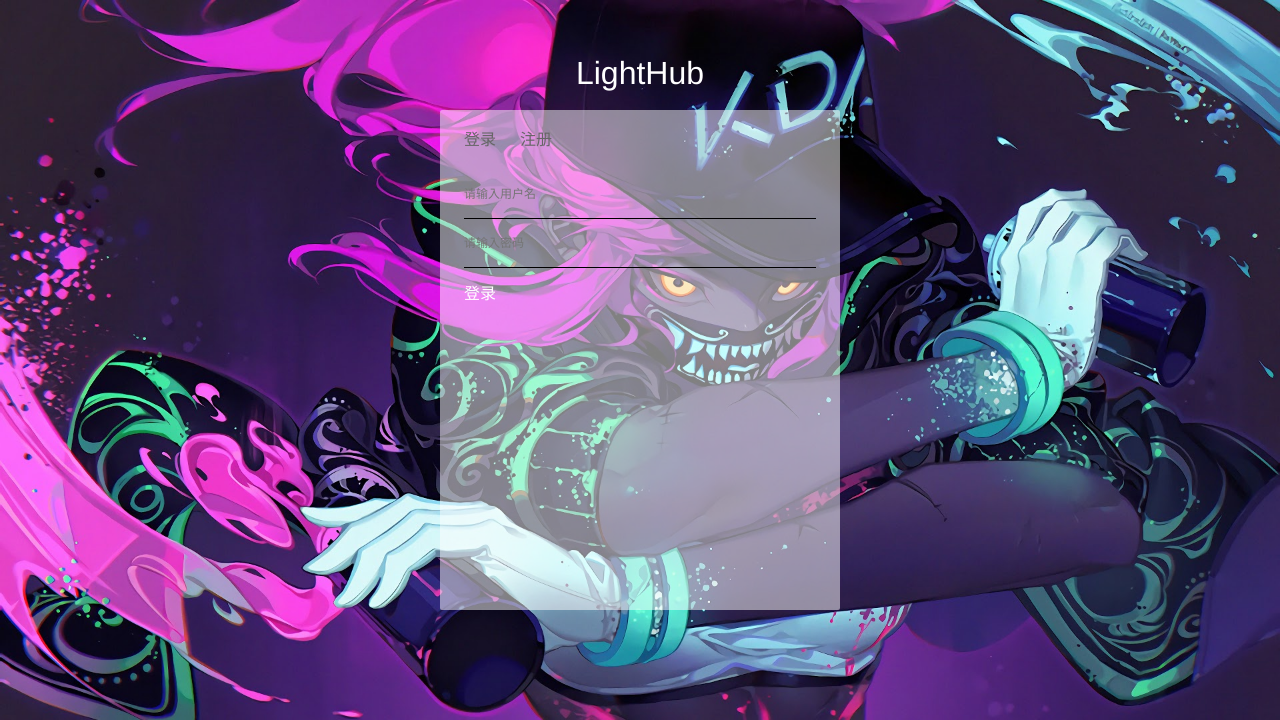
Repository: Martinell1/LightHub
Page: /login (app in LightHub/)
An editor plug-in stored every save of this project. The page is shown before and after the next save, followed by the edit.
The browser window is 1280 px wide. The pictures show the whole page.
The project was rebuilt for these pictures with package versions that can differ from the ones it lists, and the page was loaded fresh each time. Also part of the build but not shown: LightHub/vite.config.ts.

Above is the page before, as saved 2021-11-21 00:20:29.

After the next save:
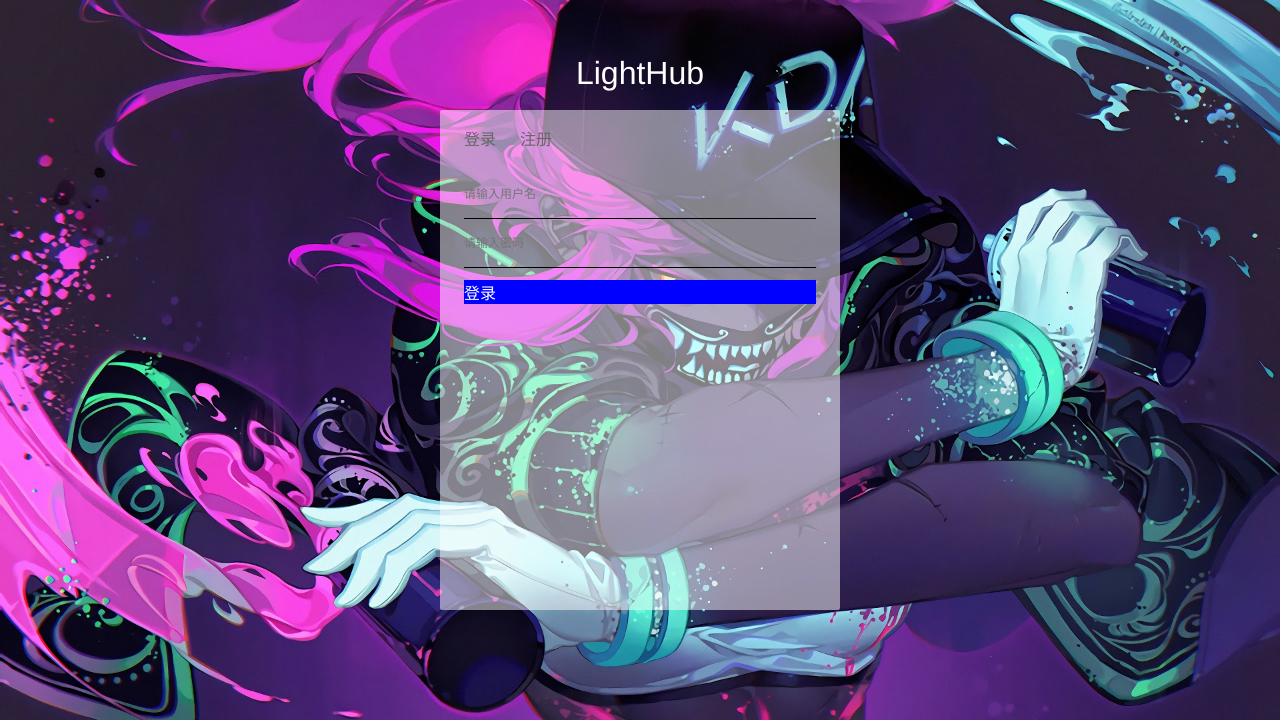
Saved 22 s later.
--- a/LightHub/src/views/Login.vue
+++ b/LightHub/src/views/Login.vue
@@ -75,7 +75,7 @@
       margin: 12px 0;
       height: 24px;
       color: white;
-      background-color: blue($color: #000000);
+      background-color: blue;
     }
   }
 }
